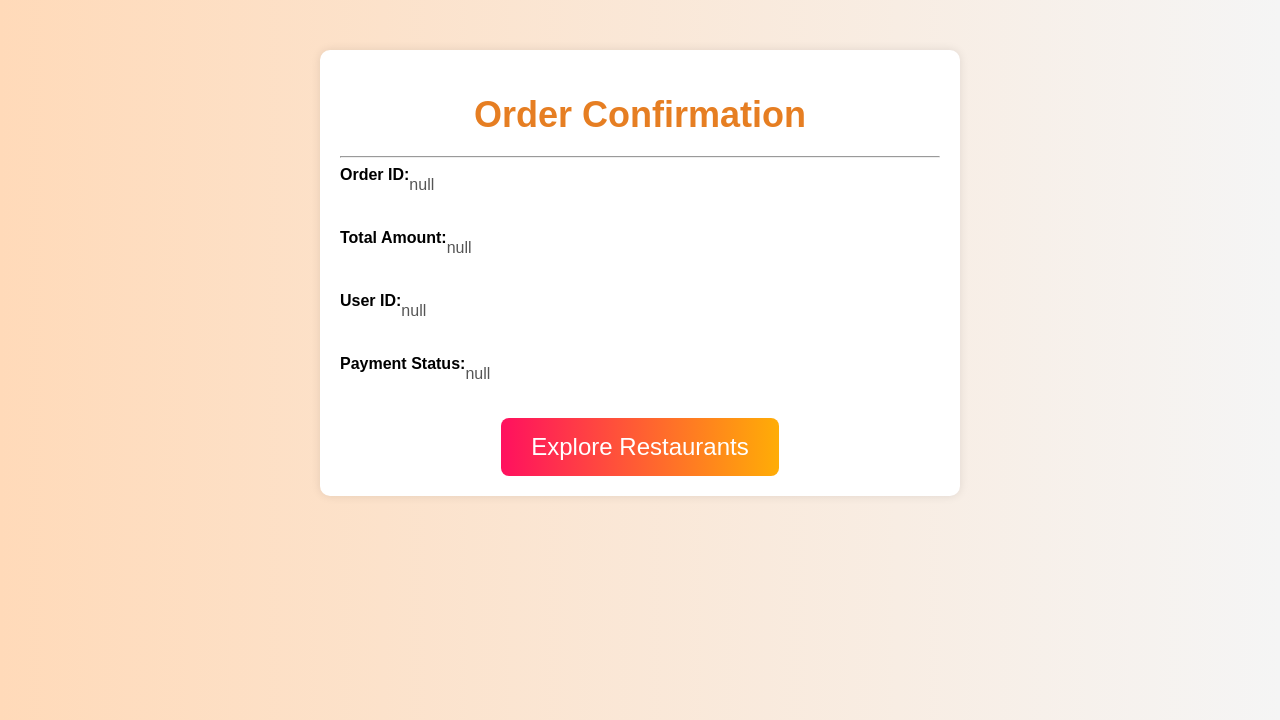
Repository: SWATHIBHUMA/FoodDelivaryApp
Page: http://localhost/FoodDelivaryApp/orderConfirmation.jsp
An editor plug-in stored every save of this project. The page is shown before and after the next save, followed by the edit.
The browser window is 1280 px wide. The pictures show the whole page.
The page is served by Tomcat 9.

Above is the page before, as saved 2024-01-16 07:29:56.

After the next save:
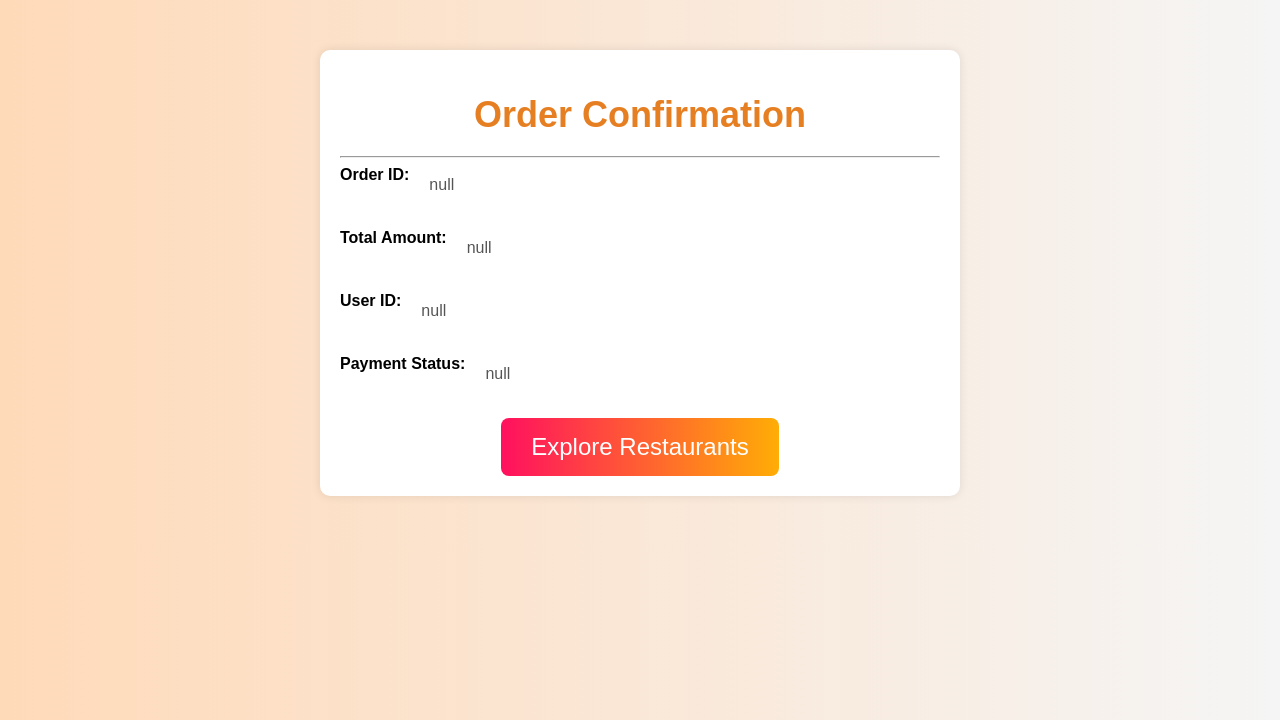
Saved 18 s later.
--- a/FoodDelivaryApp/src/main/webapp/orderConfirmation.jsp
+++ b/FoodDelivaryApp/src/main/webapp/orderConfirmation.jsp
@@ -74,6 +74,7 @@
             display: flex;
             flex-direction: row;
             margin-bottom: 25px;
+            gap: 20px;
         }
 
         .form-label {
